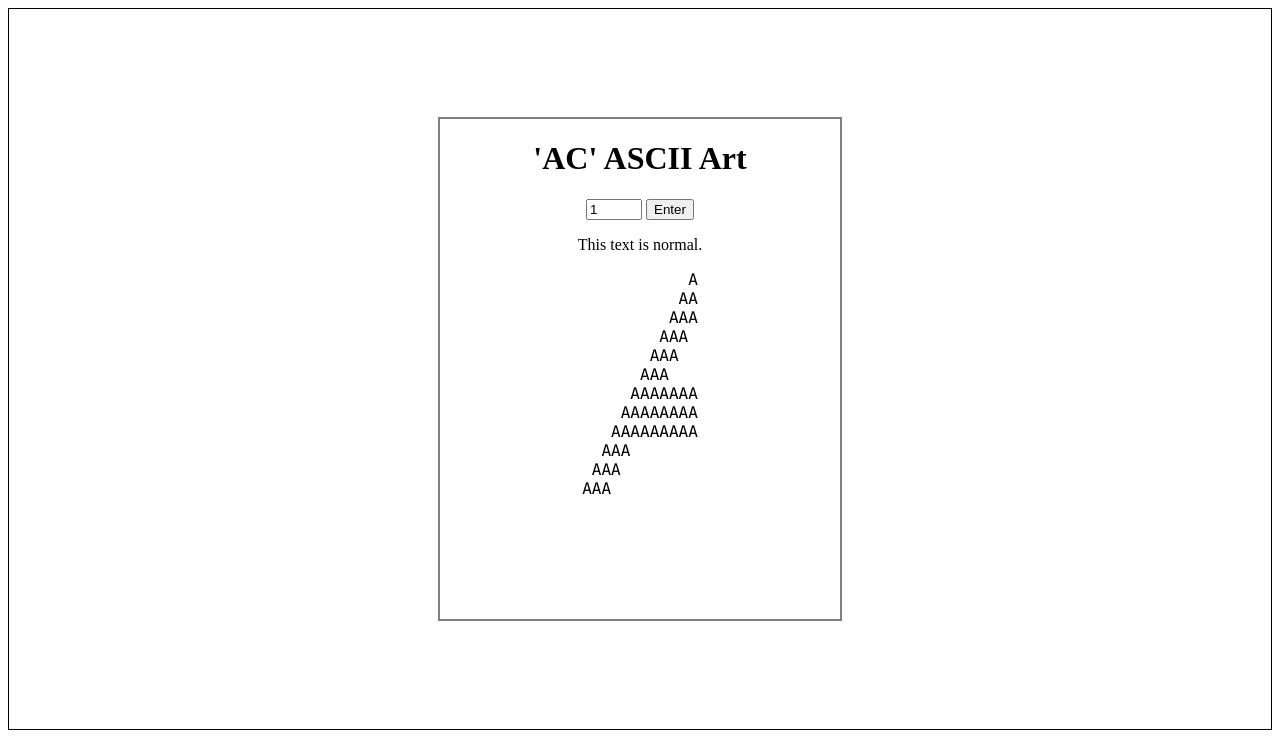
Repository: Achorn/ascii-art
Page: index.html
The author's editor kept a copy of each file at every save. The page is drawn from the files as they stood at one save, then again after the next save.
The browser window is 1280 px wide. The pictures show the whole page.

Above is the page before, as saved 2021-08-09 17:19:49.

After the next save:
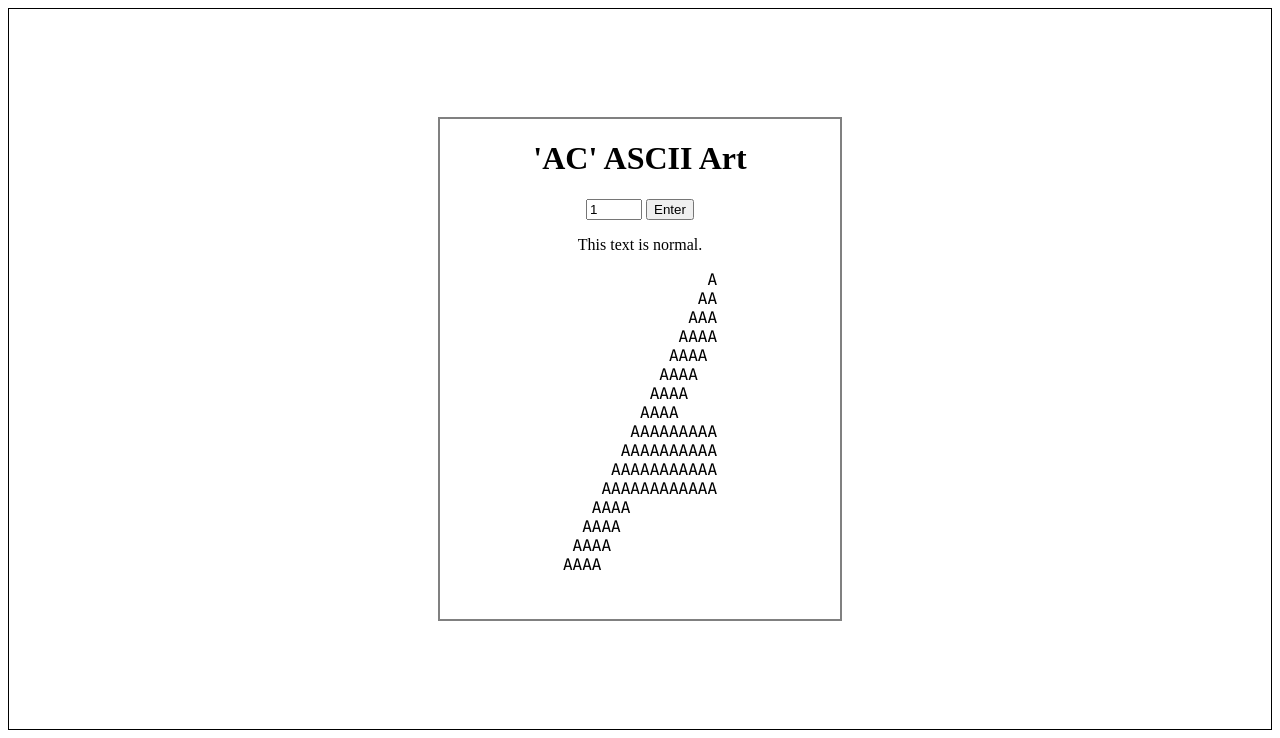
Saved 111 s later.
--- a/myscripts.js
+++ b/myscripts.js
@@ -187,15 +187,12 @@ function trimA(arr, lWidth) {
       newArr.unshift(" ");
     }
     arr[i] = newArr;
-
-    //add to beginning
-    // arr[i] == arr[i];
   }
 }
 
 let mono = document.getElementById("mono");
-let scaled = scaleSpread(four, 3);
-trimA(scaled, 3);
+let scaled = scaleSpread(four, 4);
+trimA(scaled, 4);
 
 // mono.innerHTML = arrToString(scaleSpread(four, 3));
 mono.innerHTML = arrToString(scaled);
